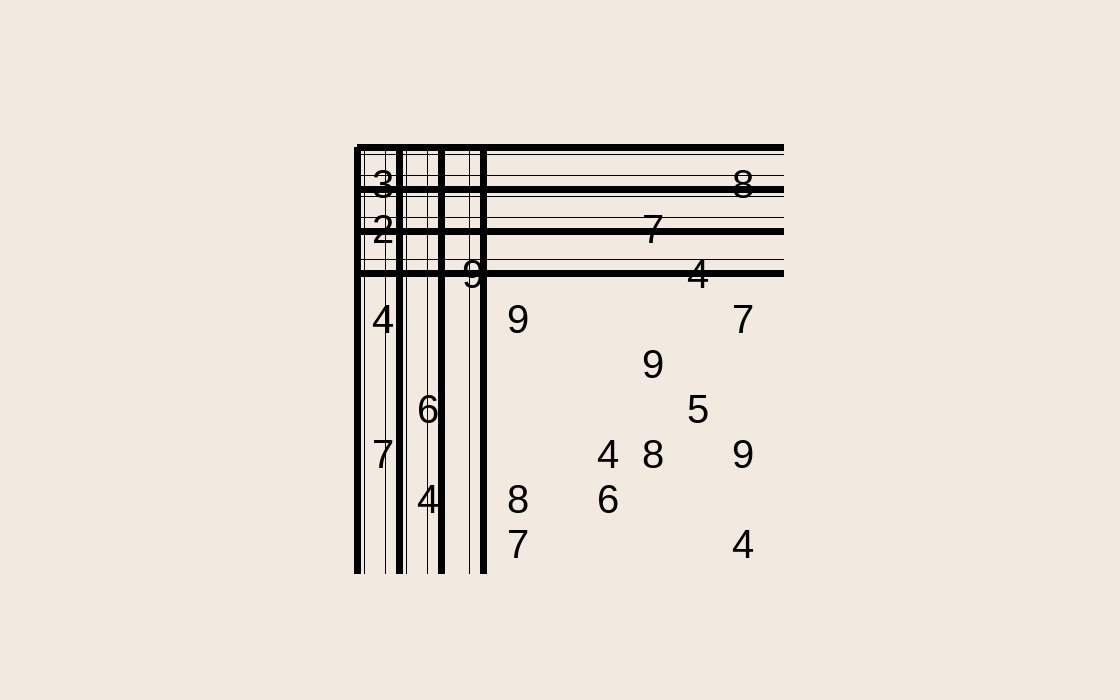
Repository: JensVL96/Puzzle-solver-for-fun
Script's output: python sudoku.py
An editor plug-in stored every save of this project. The script's output is shown before and after the next save, followed by the edit.
The window is shown after at most 60 frames with no key pressed. A system font it names is replaced by a similar one. Random numbers start from a fixed seed.

Above is the script's output before, as saved 2020-11-07 20:41:01.

After the next save:
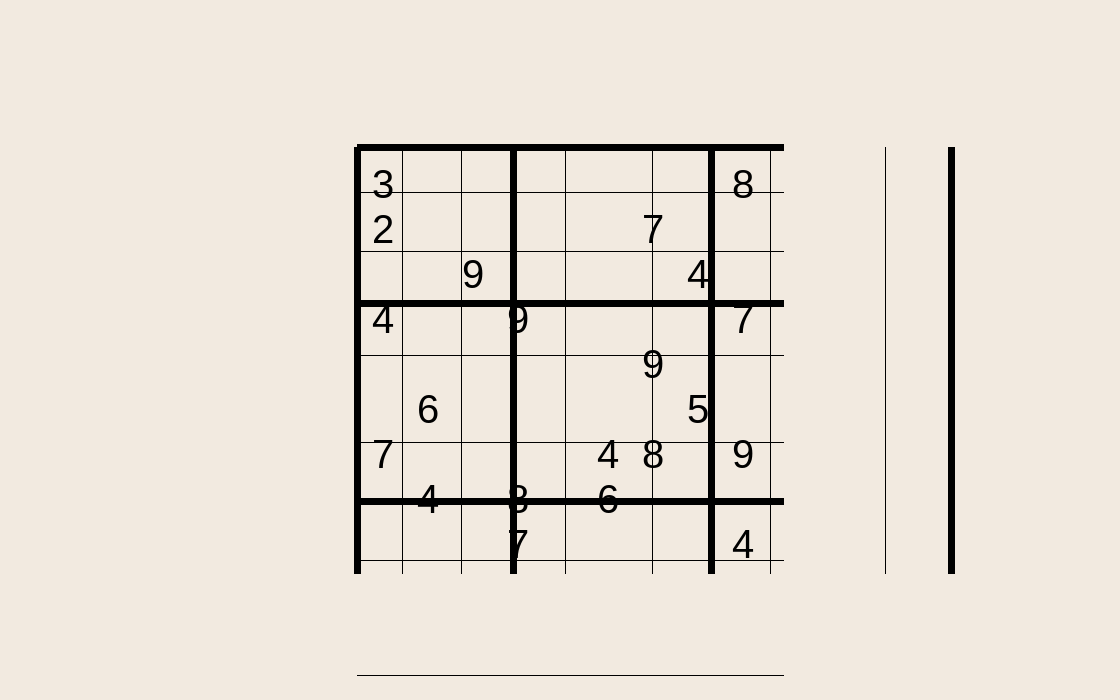
Saved 4 s later.
--- a/display_board.py
+++ b/display_board.py
@@ -53,9 +53,6 @@ class Display_board():
                                             TOP_LY),
                                             (BOT_LX + i * size,
                                             BOT_LY + 21), thick)
-
-            if i %3 == 0:
-                size = 7
 
             # For candidate placement
             # if i % 3 == 0:
